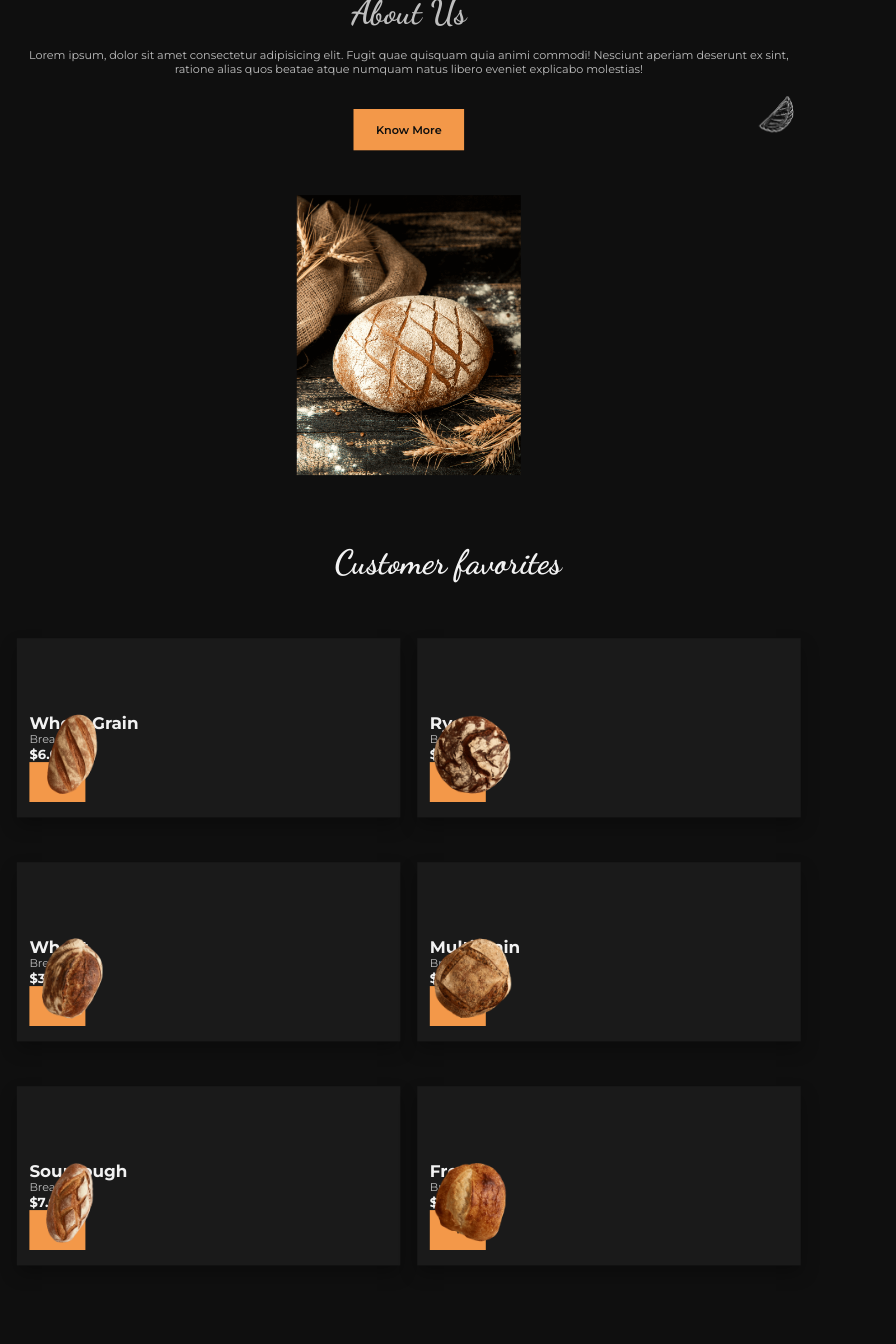
Repository: dinhhaidh/Bakery-web
Page: index.html
These files come from the project's save history. The page is drawn as it stood at one moment and after a run of saves; the edit follows.
The browser window is 1280 px wide. The pictures show the part of the page from y = 1924 to 3844 px (the page is 3844 px tall), at 70% of full size.
Some web libraries are served in a nearby version.

Above is the page before, as saved 2024-01-16 15:16:42.

After the next 8 saves:
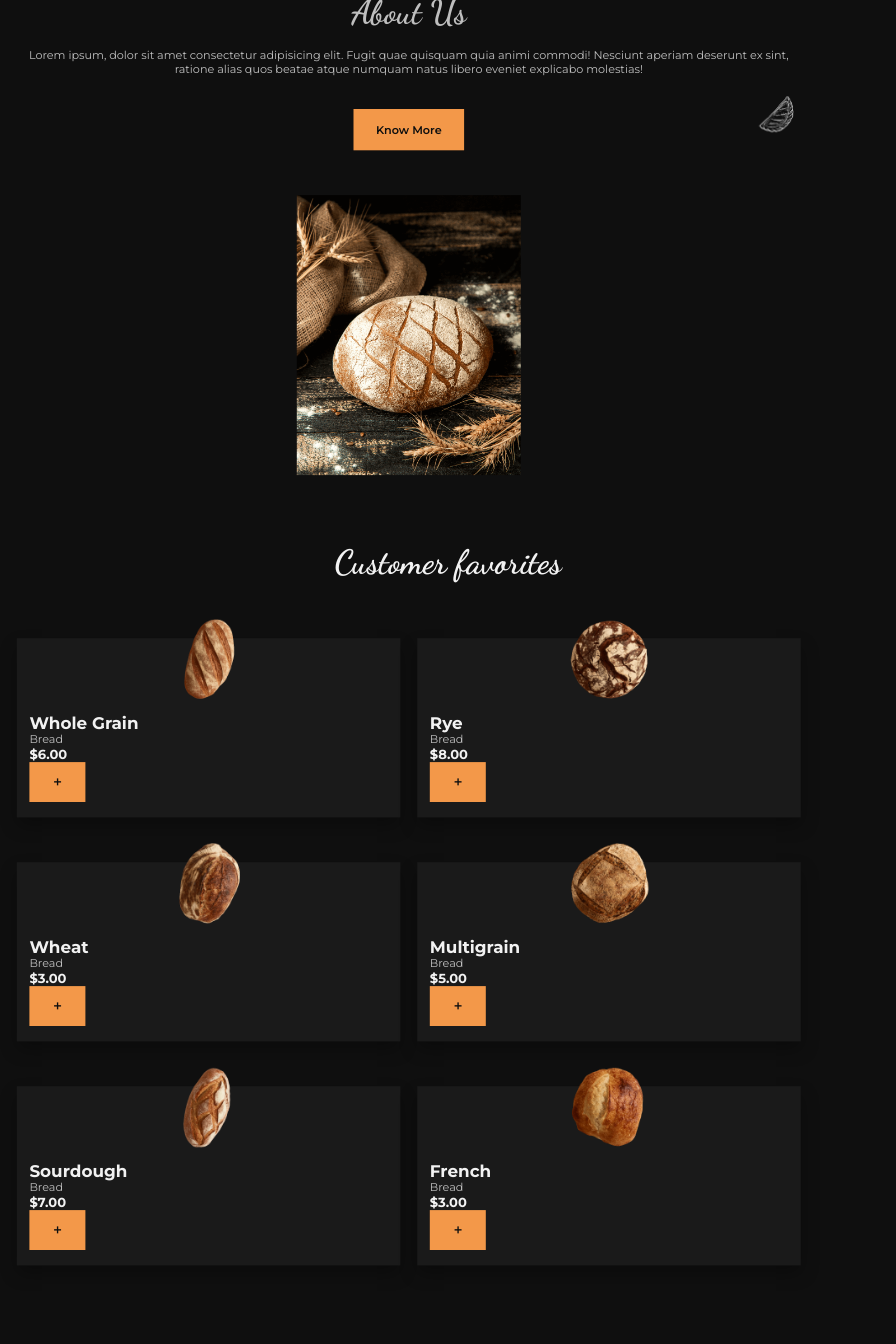
The 8 saves are shown as one change because they came seconds apart.
The last was saved 20 s later.
--- a/css/style.css
+++ b/css/style.css
@@ -401,7 +401,10 @@ transition: border-color .4s;
 .favorite__img{
     width: 120px;
     position: absolute;
-    t
+    top: -2rem;
+    left: 0;
+    right: 0;
+    margin: 0 auto;
 }
 .favorite__data{
 
